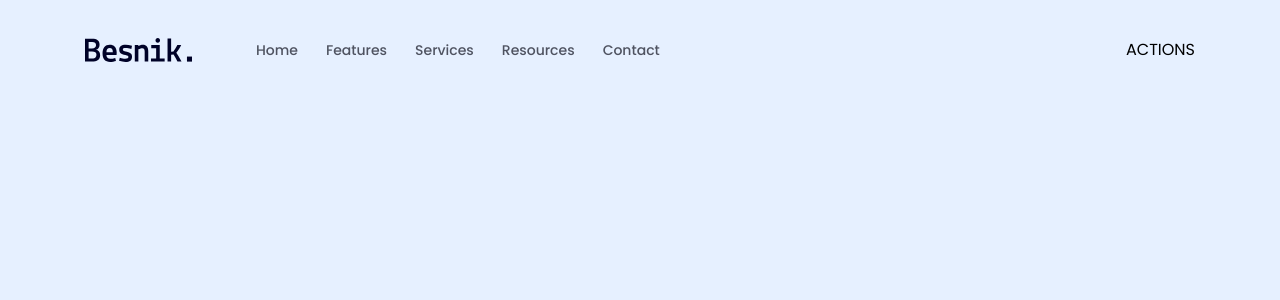
Repository: Tibi2003/f8-htmlcss-01
Page: index.html
An editor plug-in stored every save of this project. The page is shown before and after the next save, followed by the edit.
The browser window is 1280 px wide. The pictures show the whole page.

Above is the page before, as saved 2024-02-05 15:54:09.

### index.html
<!DOCTYPE html>
<html lang="en">
	<head>
		<meta charset="UTF-8" />
		<meta name="viewport" content="width=device-width, initial-scale=1.0" />
		<title>F8 Project 01</title>
		<link rel="stylesheet" href="./assets/css/reset.css" />
		<link rel="stylesheet" href="./assets/fonts/stylesheet.css" />
		<link rel="stylesheet" href="./assets/css/styles.css" />
	</head>
	<body>
		<main>
			<!-- Header -->
			<header class="header">
				<div class="content">
					<nav class="navbar">
						<!-- Logo -->
						<img src="./assets/img/logo.svg" alt="Besnik." />
						<!-- Navigation -->
						<ul>
							<li><a href="#!">Home</a></li>
							<li><a href="#!">Features</a></li>
							<li><a href="#!">Services</a></li>
							<li><a href="#!">Resources</a></li>
							<li><a href="#!">Contact</a></li>
						</ul>
						<!-- Action -->
						<div class="actions">ACTIONS</div>
					</nav>
				</div>
			</header>
		</main>
	</body>
</html>

### assets/fonts/stylesheet.css
/* ========== Poppins ========== */
@font-face {
	font-family: "Poppins";
	src: url("Poppins/Poppins-Black.woff2") format("woff2"),
		url("Poppins/Poppins-Black.woff") format("woff");
	font-weight: 900;
	font-style: normal;
	font-display: swap;
}

@font-face {
	font-family: "Poppins";
	src: url("Poppins/Poppins-BlackItalic.woff2") format("woff2"),
		url("Poppins/Poppins-BlackItalic.woff") format("woff");
	font-weight: 900;
	font-style: italic;
	font-display: swap;
}

@font-face {
	font-family: "Poppins";
	src: url("Poppins/Poppins-Bold.woff2") format("woff2"),
		url("Poppins/Poppins-Bold.woff") format("woff");
	font-weight: bold;
	font-style: normal;
	font-display: swap;
}

@font-face {
	font-family: "Poppins";
	src: url("Poppins/Poppins-ExtraLightItalic.woff2") format("woff2"),
		url("Poppins/Poppins-ExtraLightItalic.woff") format("woff");
	font-weight: 200;
	font-style: italic;
	font-display: swap;
}

@font-face {
	font-family: "Poppins";
	src: url("Poppins/Poppins-Italic.woff2") format("woff2"),
		url("Poppins/Poppins-Italic.woff") format("woff");
	font-weight: normal;
	font-style: italic;
	font-display: swap;
}

@font-face {
	font-family: "Poppins";
	src: url("Poppins/Poppins-BoldItalic.woff2") format("woff2"),
		url("Poppins/Poppins-BoldItalic.woff") format("woff");
	font-weight: bold;
	font-style: italic;
	font-display: swap;
}

@font-face {
	font-family: "Poppins";
	src: url("Poppins/Poppins-ExtraBold.woff2") format("woff2"),
		url("Poppins/Poppins-ExtraBold.woff") format("woff");
	font-weight: bold;
	font-style: normal;
	font-display: swap;
}

@font-face {
	font-family: "Poppins";
	src: url("Poppins/Poppins-ExtraLight.woff2") format("woff2"),
		url("Poppins/Poppins-ExtraLight.woff") format("woff");
	font-weight: 200;
	font-style: normal;
	font-display: swap;
}

@font-face {
	font-family: "Poppins";
	src: url("Poppins/Poppins-ExtraBoldItalic.woff2") format("woff2"),
		url("Poppins/Poppins-ExtraBoldItalic.woff") format("woff");
	font-weight: bold;
	font-style: italic;
	font-display: swap;
}

@font-face {
	font-family: "Poppins";
	src: url("Poppins/Poppins-Medium.woff2") format("woff2"),
		url("Poppins/Poppins-Medium.woff") format("woff");
	font-weight: 500;
	font-style: normal;
	font-display: swap;
}

@font-face {
	font-family: "Poppins";
	src: url("Poppins/Poppins-Light.woff2") format("woff2"),
		url("Poppins/Poppins-Light.woff") format("woff");
	font-weight: 300;
	font-style: normal;
	font-display: swap;
}

@font-face {
	font-family: "Poppins";
	src: url("Poppins/Poppins-MediumItalic.woff2") format("woff2"),
		url("Poppins/Poppins-MediumItalic.woff") format("woff");
	font-weight: 500;
	font-style: italic;
	font-display: swap;
}

@font-face {
	font-family: "Poppins";
	src: url("Poppins/Poppins-Regular.woff2") format("woff2"),
		url("Poppins/Poppins-Regular.woff") format("woff");
	font-weight: normal;
	font-style: normal;
	font-display: swap;
}

@font-face {
	font-family: "Poppins";
	src: url("Poppins/Poppins-LightItalic.woff2") format("woff2"),
		url("Poppins/Poppins-LightItalic.woff") format("woff");
	font-weight: 300;
	font-style: italic;
	font-display: swap;
}

@font-face {
	font-family: "Poppins";
	src: url("Poppins/Poppins-SemiBoldItalic.woff2") format("woff2"),
		url("Poppins/Poppins-SemiBoldItalic.woff") format("woff");
	font-weight: 600;
	font-style: italic;
	font-display: swap;
}

@font-face {
	font-family: "Poppins";
	src: url("Poppins/Poppins-SemiBold.woff2") format("woff2"),
		url("Poppins/Poppins-SemiBold.woff") format("woff");
	font-weight: 600;
	font-style: normal;
	font-display: swap;
}

@font-face {
	font-family: "Poppins";
	src: url("Poppins/Poppins-ThinItalic.woff2") format("woff2"),
		url("Poppins/Poppins-ThinItalic.woff") format("woff");
	font-weight: 100;
	font-style: italic;
	font-display: swap;
}

@font-face {
	font-family: "Poppins";
	src: url("Poppins/Poppins-Thin.woff2") format("woff2"),
		url("Poppins/Poppins-Thin.woff") format("woff");
	font-weight: 100;
	font-style: normal;
	font-display: swap;
}

### assets/css/styles.css
* {
	box-sizing: border-box;
}

html {
	font-size: 62.5%;
}

body {
	font-size: 1.6rem;
	font-family: "Poppins", sans-serif;
}

/* Common */
a {
	text-decoration: none;
}

.content {
	width: 1110px;
	margin-left: auto;
	margin-right: auto;
}

/* Header */
.header {
	background: #e6f0ff;
	height: 100vh;
}

.navbar {
	display: flex;
	align-items: center;
	padding-top: 38px;
}

.navbar ul {
	display: flex;
	margin-left: 50px;
}

.navbar .actions {
	margin-left: auto;
}

.navbar ul a {
	font-size: 1.4rem;
	font-weight: 500;
	color: #4f5361;
	padding: 8px 14px;
}

Loaded but not shown: assets/css/reset.css (common file)

After the next save:
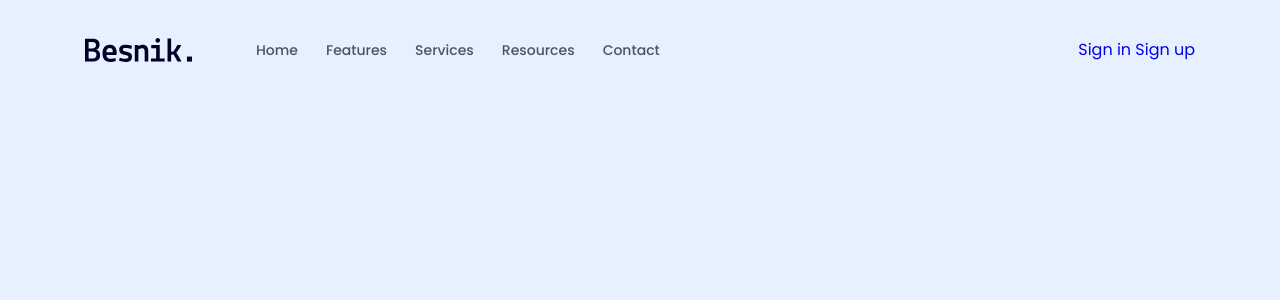
Saved 2 min 55 s later.
--- a/index.html
+++ b/index.html
@@ -25,7 +25,10 @@
 							<li><a href="#!">Contact</a></li>
 						</ul>
 						<!-- Action -->
-						<div class="actions">ACTIONS</div>
+						<div class="actions">
+							<a href="#!" class="action-link">Sign in</a>
+							<a href="#!" class="btn">Sign up</a>
+						</div>
 					</nav>
 				</div>
 			</header>
